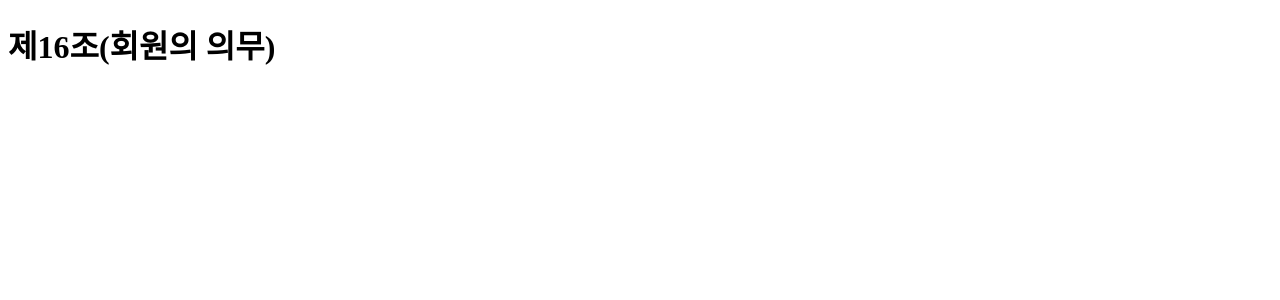
Repository: sinyoung3095/study-html
Page: workspace/b_list/src/main/webapp/list-kask.html
These files come from the project's save history. The page is drawn as it stood at one moment and after the next save; the edit follows.
The browser window is 1280 px wide. The pictures show the whole page.

Above is the page before, as saved 2025-07-10 03:30:01.

After the next save:
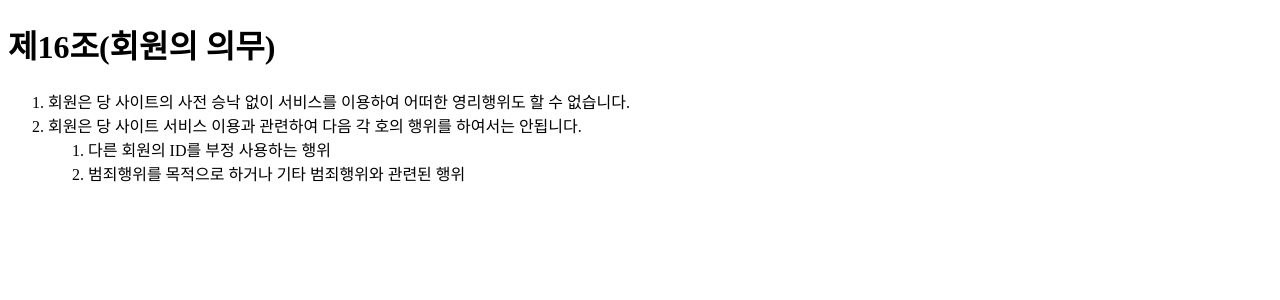
Saved 2 min 7 s later.
--- a/workspace/b_list/src/main/webapp/list-kask.html
+++ b/workspace/b_list/src/main/webapp/list-kask.html
@@ -12,8 +12,16 @@
 <title>리스트 태그 - 실습</title>
 </head>
 <body>
-<h1>제16조(회원의 의무)</h1>
-
+	<h1>제16조(회원의 의무)</h1>
+	<ol>
+		<li>회원은 당 사이트의 사전 승낙 없이 서비스를 이용하여 어떠한 영리행위도 할 수 없습니다.</li>
+		<li>회원은 당 사이트 서비스 이용과 관련하여 다음 각 호의 행위를 하여서는 안됩니다.
+			<ol>
+				<li>다른 회원의 ID를 부정 사용하는 행위</li>
+				<li>범죄행위를 목적으로 하거나 기타 범죄행위와 관련된 행위</li>
+			</ol>
+		</li>
+	</ol>
 
 </body>
 </html>
